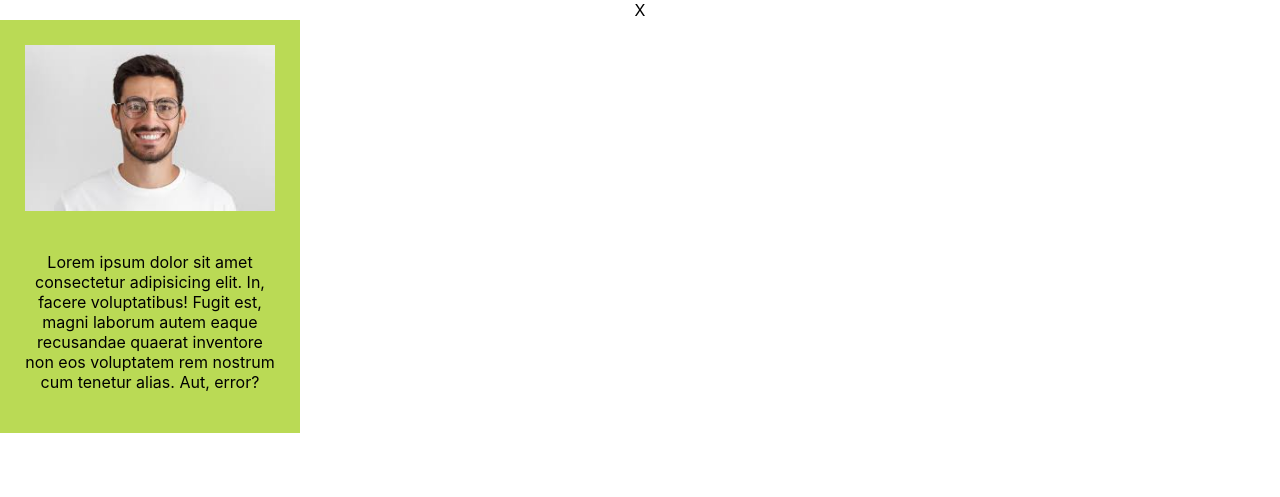
Repository: mikelnorth/team-profile-demo
Page: /
These files come from the project's save history. The page is drawn as it stood at one moment and after the next save; the edit follows.
The browser window is 1280 px wide. The pictures show the whole page.
The project was rebuilt for these pictures with package versions that can differ from the ones it lists, and the page was loaded fresh each time.

Above is the page before, as saved 2022-05-19 18:30:38.

After the next save:
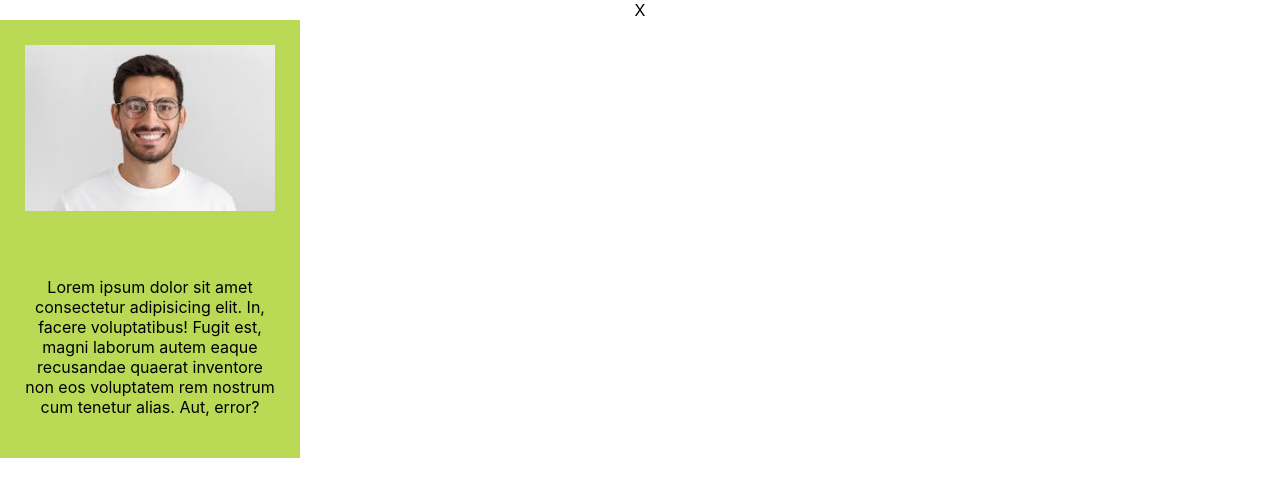
Saved 12 s later.
--- a/src/components/Card.scss
+++ b/src/components/Card.scss
@@ -6,6 +6,6 @@
   background-color: #bada55;
 
   img {
-    margin-bottom: 25px;
+    margin-bottom: 50px;
   }
 }
